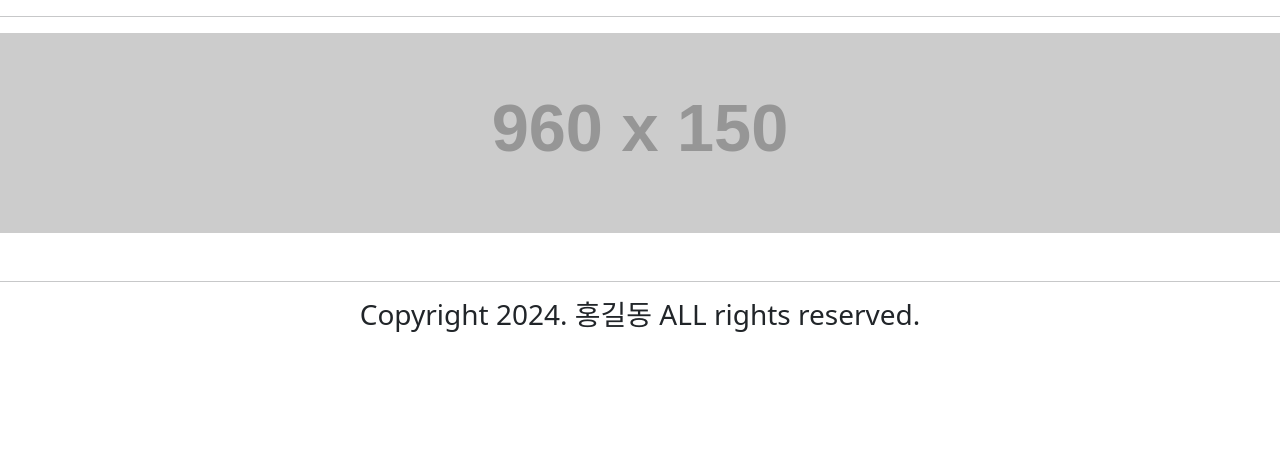
Repository: nltpbj/jsp
Page: http://localhost/ex01/
An editor plug-in stored every save of this project. The page is shown before and after the next save, followed by the edit.
The browser window is 1280 px wide. The pictures show the whole page.
The page is served by Tomcat 9. Other server files are loaded and not shown.

Above is the page before, as saved 2024-04-29 01:54:27.

### ex01/src/main/webapp/home.jsp
<%@ page language="java" contentType="text/html; charset=UTF-8"
    pageEncoding="UTF-8"%>
<!DOCTYPE html>
<html>
<head>
<meta charset="UTF-8">
<title>홈페이지</title>
<link href="https://cdn.jsdelivr.net/npm/bootstrap@5.3.3/dist/css/bootstrap.min.css" rel="stylesheet" integrity="sha384-QWTKZyjpPEjISv5WaRU9OFeRpok6YctnYmDr5pNlyT2bRjXh0JMhjY6hW+ALEwIH" crossorigin="anonymous">
<script src="https://cdn.jsdelivr.net/npm/bootstrap@5.3.3/dist/js/bootstrap.bundle.min.js" integrity="sha384-YvpcrYf0tY3lHB60NNkmXc5s9fDVZLESaAA55NDzOxhy9GkcIdslK1eN7N6jIeHz" crossorigin="anonymous"></script>
<!--  부트스트랩에서 cdn복사해옴 -->
</head>
<body>
	<div clas="container">
		<jsp:include page="top.jsp"/>
		<jsp:include page="bottom.jsp"/>
	</div>
</body>
</html>

### ex01/src/main/webapp/top.jsp
<%@ page language="java" contentType="text/html; charset=UTF-8"
    pageEncoding="UTF-8"%>
<div>
	<hr>
   <img src="http://via.placeholder.com/960x150" width="100%">
</div>

### ex01/src/main/webapp/bottom.jsp
<%@ page language="java" contentType="text/html; charset=UTF-8"
    pageEncoding="UTF-8"%>
<div class="text-center my-5" >
	<hr>
	<h3>Copyright 2024. 홍길동 ALL rights reserved.</h3>
</div>

### ex01/src/main/java/controller/IndexServlet.java
package controller;

import java.io.IOException;

import javax.servlet.RequestDispatcher;
import javax.servlet.ServletException;
import javax.servlet.annotation.WebServlet;
import javax.servlet.http.HttpServlet;
import javax.servlet.http.HttpServletRequest;
import javax.servlet.http.HttpServletResponse;


@WebServlet("/")
public class IndexServlet extends HttpServlet {
	private static final long serialVersionUID = 1L;

	protected void doGet(HttpServletRequest request, HttpServletResponse response) throws ServletException, IOException {
			System.out.println("/ doget....");
			RequestDispatcher dis=request.getRequestDispatcher("/home.jsp");
			dis.forward(request, response);
	}


	protected void doPost(HttpServletRequest request, HttpServletResponse response) throws ServletException, IOException {

	}

}

### ex01/src/main/webapp/menu.jsp
<%@ page language="java" contentType="text/html; charset=UTF-8"
    pageEncoding="UTF-8"%>
<nav class="navbar navbar-expand-lg bg-body-tertiary">
  <div class="container-fluid">
    <a class="navbar-brand" href="#">Navbar</a>
    <button class="navbar-toggler" type="button" data-bs-toggle="collapse" data-bs-target="#navbarSupportedContent" aria-controls="navbarSupportedContent" aria-expanded="false" aria-label="Toggle navigation">
      <span class="navbar-toggler-icon"></span>
    </button>
    <div class="collapse navbar-collapse" id="navbarSupportedContent">
      <ul class="navbar-nav me-auto mb-2 mb-lg-0">
        <li class="nav-item">
          <a class="nav-link active" aria-current="page" href="#">Home</a>
        </li>
        <li class="nav-item">
          <a class="nav-link" href="#">Link</a>
        </li>
        <li class="nav-item dropdown">
          <a class="nav-link dropdown-toggle" href="#" role="button" data-bs-toggle="dropdown" aria-expanded="false">
            Dropdown
          </a>
          <ul class="dropdown-menu">
            <li><a class="dropdown-item" href="#">Action</a></li>
            <li><a class="dropdown-item" href="#">Another action</a></li>
            <li><hr class="dropdown-divider"></li>
            <li><a class="dropdown-item" href="#">Something else here</a></li>
          </ul>
        </li>
        <li class="nav-item">
          <a class="nav-link disabled" aria-disabled="true">Disabled</a>
        </li>
      </ul>
      <form class="d-flex" role="search">
        <input class="form-control me-2" type="search" placeholder="Search" aria-label="Search">
        <button class="btn btn-outline-success" type="submit">Search</button>
      </form>
    </div>
  </div>
</nav>

After the next save:
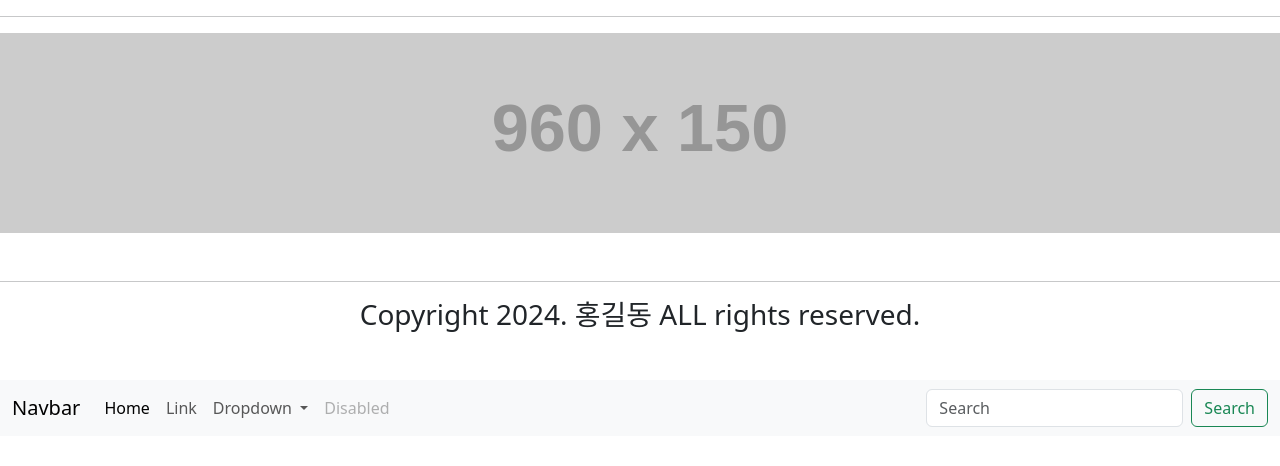
Saved 15 s later.
--- a/ex01/src/main/webapp/home.jsp
+++ b/ex01/src/main/webapp/home.jsp
@@ -13,6 +13,7 @@
 	<div clas="container">
 		<jsp:include page="top.jsp"/>
 		<jsp:include page="bottom.jsp"/>
+		<jsp:include page="menu.jsp"/>
 	</div>
 </body>
 </html>
